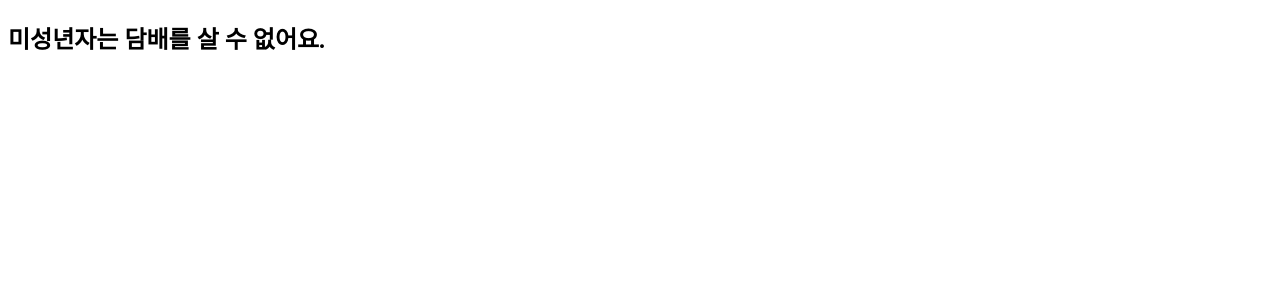
Repository: samkkkkkkk/Jsp_basic
Page: http://localhost/JspBasic/response/res_adult.jsp
These files come from the project's save history. The page is drawn as it stood at one moment and after a run of saves; the edit follows.
The browser window is 1280 px wide. The pictures show the whole page.
The page is served by Tomcat 9. Other server files are loaded and not shown.

Above is the page before, as saved 2023-09-11 04:25:21.

### JspBasic/src/main/webapp/response/res_adult.jsp
<%@ page language="java" contentType="text/html; charset=UTF-8"
    pageEncoding="UTF-8"%>
<!DOCTYPE html>
<html>
<head>
<meta charset="UTF-8">
<title>Insert title here</title>
</head>
<body>


	<h2>미성년자는 담배를 살 수 없어요.</h2>

</body>
</html>

After the next 2 saves:
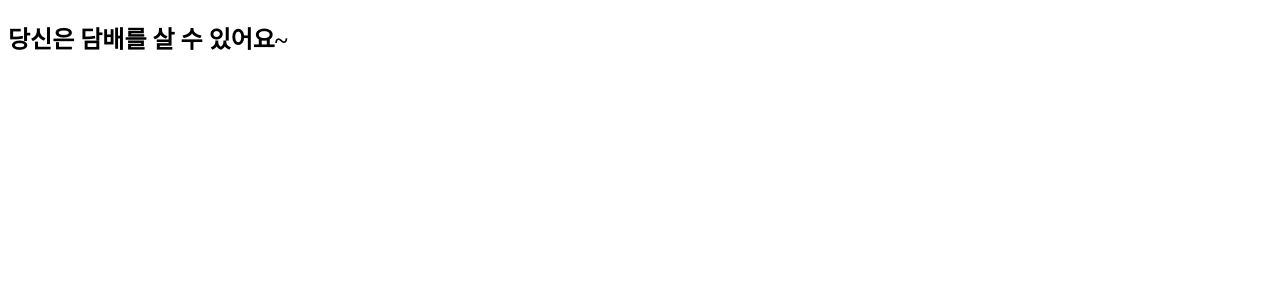
The 2 saves are shown as one change because they came seconds apart.
The last was saved 18 s later.
--- a/JspBasic/src/main/webapp/response/res_adult.jsp
+++ b/JspBasic/src/main/webapp/response/res_adult.jsp
@@ -9,7 +9,7 @@
 <body>
 
 
-	<h2>미성년자는 담배를 살 수 없어요.</h2>
+	<h2>당신은 담배를 살 수 있어요~</h2>
 
 </body>
 </html>
